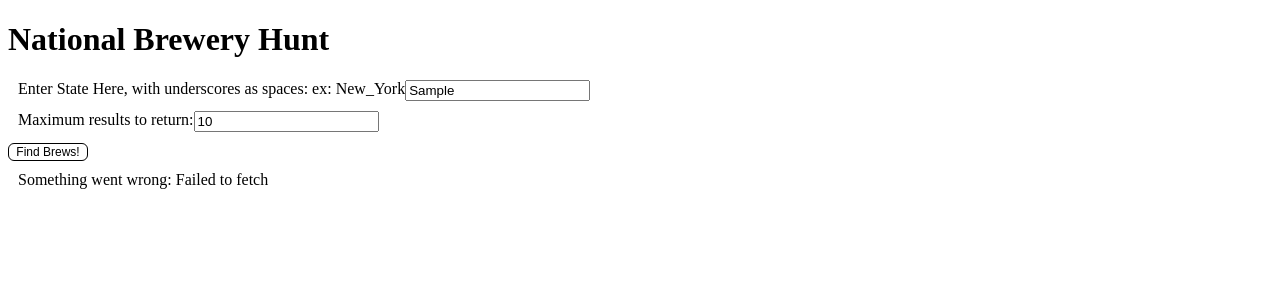
Repository: kaitlynMidori/searchBrews
Page: index.html
An editor plug-in stored every save of this project. The page is shown before and after the next save, followed by the edit.
The browser window is 1280 px wide. The pictures show the whole page.
Empty fields were first filled with sample values (such as "Sample", 5 or name@example.com).
After loading, the first visible `#search-form` was submitted once.
The page's requests for data from a server got no answer.

Above is the page before, as saved 2020-12-29 15:08:27.

After the next save:
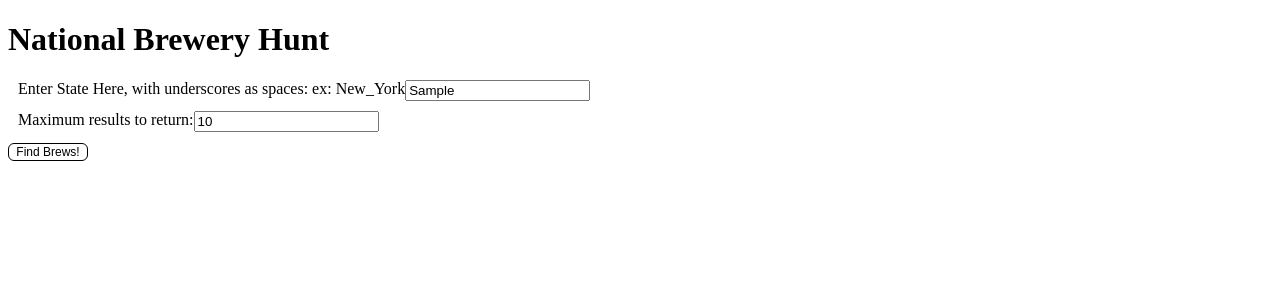
Saved 112 min 56 s later.
--- a/script.js
+++ b/script.js
@@ -31,6 +31,18 @@
     $("#results").removeClass("hidden");
 }
 
+//error function
+function handleErrors(response) {
+    if(!response.ok) throw new Error(response.statusText);
+    return response;
+}
+
+// fetch(url)
+// .then(response => response.json())
+// .then(handleErrors)
+// .then(response => console.log(responseJson))
+// .catch(err => console.log(err));
+
 //getBreweries function
 function getBreweries(query, maxResults) {
     //set paramaters
@@ -41,20 +53,25 @@
     const queryString = formatQueryParams(params);
     const url = searchURL + "?" + queryString;
     console.log(url);
+    fetch(url)
+.then(response => response.json())
+.then(handleErrors)
+.then(response => console.log(responseJson))
+.catch(err => console.log(err));
     //initiate fetch request using pure promise to get JSON object
-    fetch(url)
-        .then((response) => {
-            // if HTTP-status is 200-299, return JSON
-            if (response.ok) {
-                return response.json();
-            }
-            throw new Error(response.statusText);
-        })
-        .then((responseJson) => displayResults(responseJson, maxResults))
-        //Catch any errors and return message
-        .catch((err) => {
-            $("#error-message").text(`Something went wrong: ${err.message}`);
-        });
+    // fetch(url)
+    //     .then((response) => {
+    //         // if HTTP-status is 200-299, return JSON
+    //         if (response.ok) {
+    //             return response.json();
+    //         }
+    //         throw new Error(response.statusText);
+    //     })
+    //     .then((responseJson) => displayResults(responseJson, maxResults))
+    //     //Catch any errors and return message
+    //     .catch((err) => {
+    //         $("#error-message").text(`Something went wrong: ${err.message}`);
+//         });
 }
 function watchForm() {
     $("form").submit((event) => {

After the save that followed:
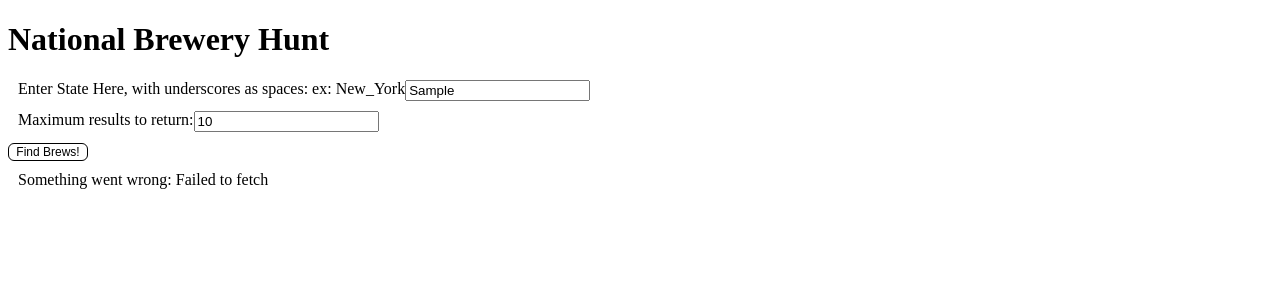
Saved 2 min 4 s later.
--- a/script.js
+++ b/script.js
@@ -32,10 +32,10 @@
 }
 
 //error function
-function handleErrors(response) {
-    if(!response.ok) throw new Error(response.statusText);
-    return response;
-}
+// function handleErrors(response) {
+//     if(!response.ok) throw new Error(response.statusText);
+//     return response;
+// }
 
 // fetch(url)
 // .then(response => response.json())
@@ -53,25 +53,20 @@
     const queryString = formatQueryParams(params);
     const url = searchURL + "?" + queryString;
     console.log(url);
+    //initiate fetch request using pure promise to get JSON object
     fetch(url)
-.then(response => response.json())
-.then(handleErrors)
-.then(response => console.log(responseJson))
-.catch(err => console.log(err));
-    //initiate fetch request using pure promise to get JSON object
-    // fetch(url)
-    //     .then((response) => {
-    //         // if HTTP-status is 200-299, return JSON
-    //         if (response.ok) {
-    //             return response.json();
-    //         }
-    //         throw new Error(response.statusText);
-    //     })
-    //     .then((responseJson) => displayResults(responseJson, maxResults))
-    //     //Catch any errors and return message
-    //     .catch((err) => {
-    //         $("#error-message").text(`Something went wrong: ${err.message}`);
-//         });
+        .then((response) => {
+            // if HTTP-status is 200-299, return JSON
+            if (response.ok) {
+                return response.json();
+            }
+            throw new Error(response.statusText);
+        })
+        .then((responseJson) => displayResults(responseJson, maxResults))
+        //Catch any errors and return message
+        .catch((err) => {
+            $("#error-message").text(`Something went wrong: ${err.message}`);
+        });
 }
 function watchForm() {
     $("form").submit((event) => {
